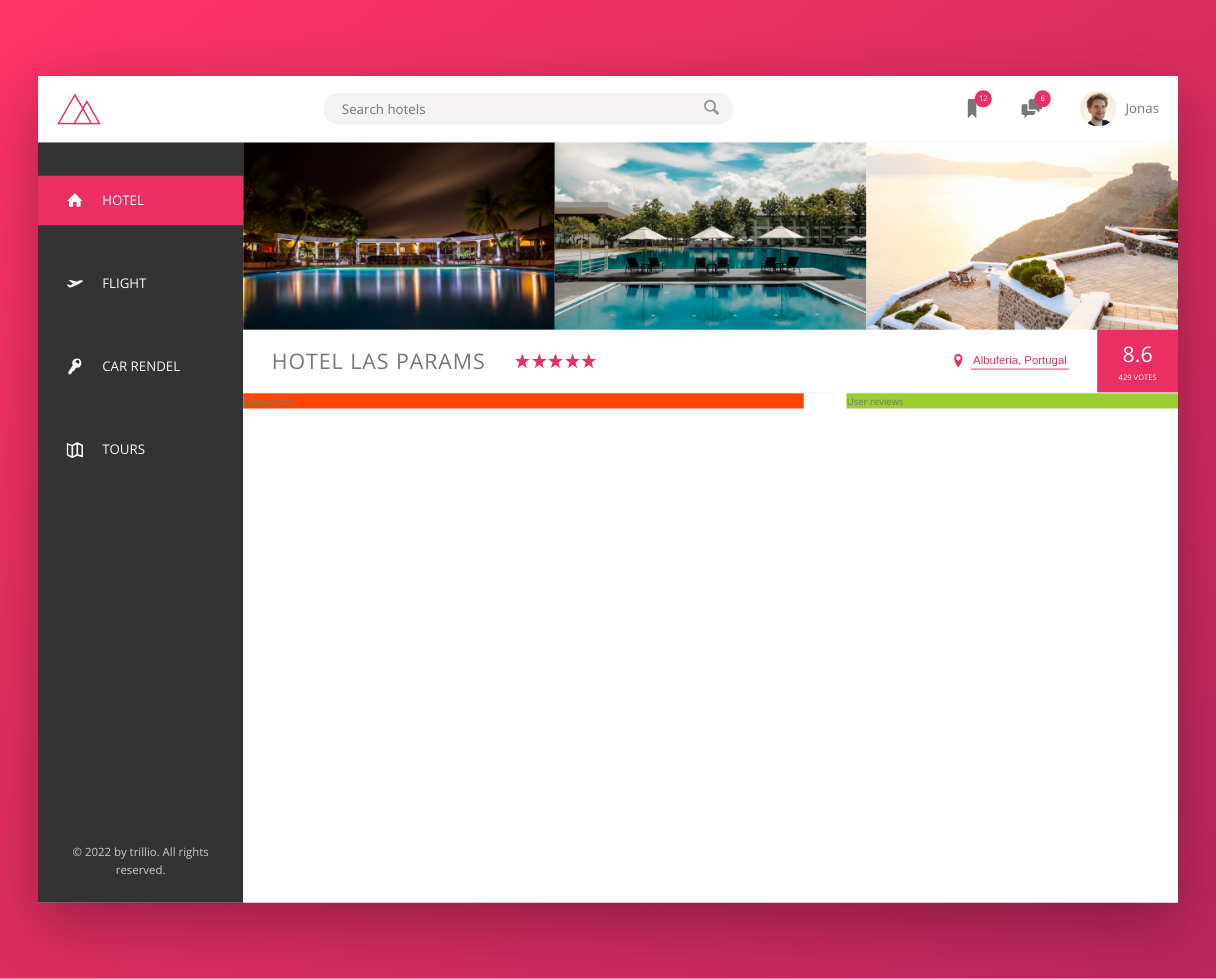
Repository: mohamediyas/flex_website
Page: index.html
The author's editor kept a copy of each file at every save. The page is drawn from the files as they stood at one save, then again after the next save.
The browser window is 1280 px wide. The pictures show the whole page, at 95% of full size.
The style sheet was rebuilt from its Sass, Less or Tailwind sources for each picture, by a compiler version that may differ from the author's.

Above is the page before, as saved 2022-08-06 13:43:53.

After the next save:
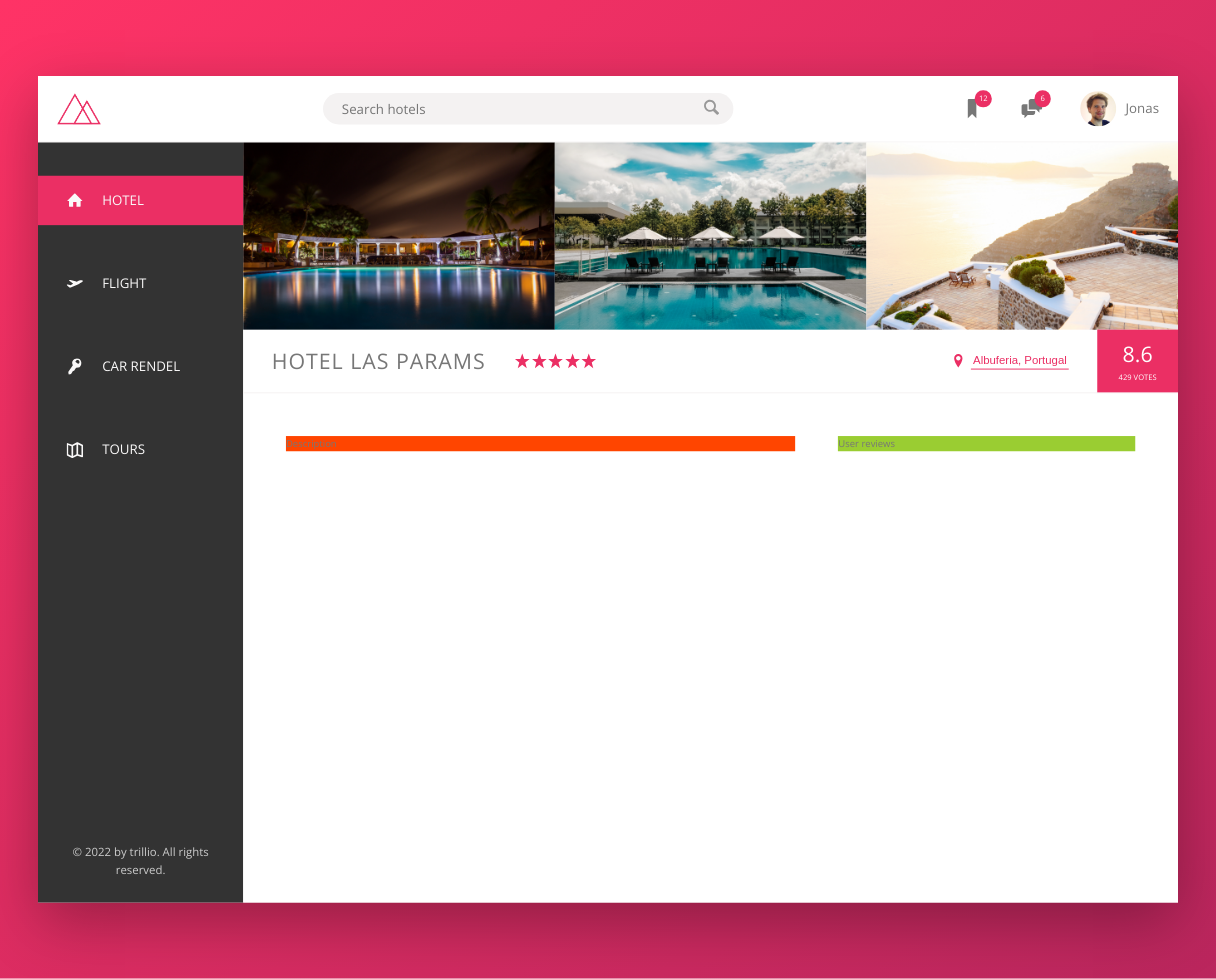
Saved 13 s later.
--- a/sass/_layout.scss
+++ b/sass/_layout.scss
@@ -36,6 +36,7 @@
 
 .detail {
   display: flex;
+  padding: 4.5rem;
 }
 
 .description {
